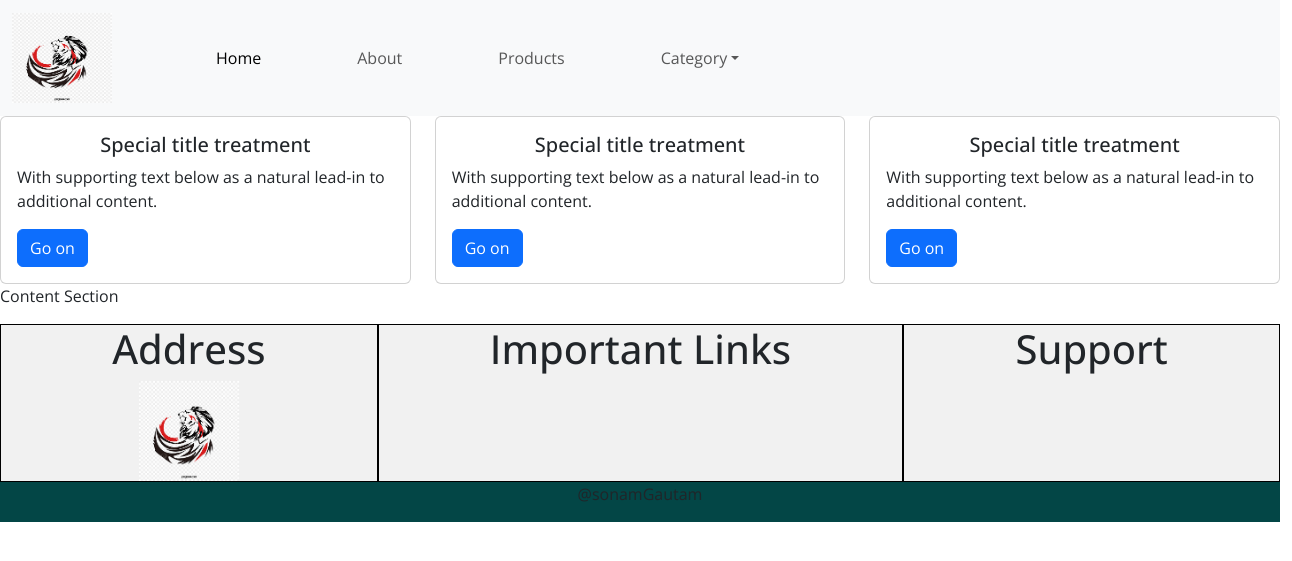
Repository: gautamsonam011/e-commerce-react-web
Page: /
These files come from the project's save history. The page is drawn as it stood at one moment and after the next save; the edit follows.
The browser window is 1280 px wide. The page is 1292 px wide, so the pictures cover 1292 px, including what lies to the right of the window. The pictures show the whole page.
The project was rebuilt for these pictures with package versions that can differ from the ones it lists, and the page was loaded fresh each time. Also part of the build but not shown: src/App.css.

Above is the page before, as saved 2025-03-11 13:10:47.

After the next save:
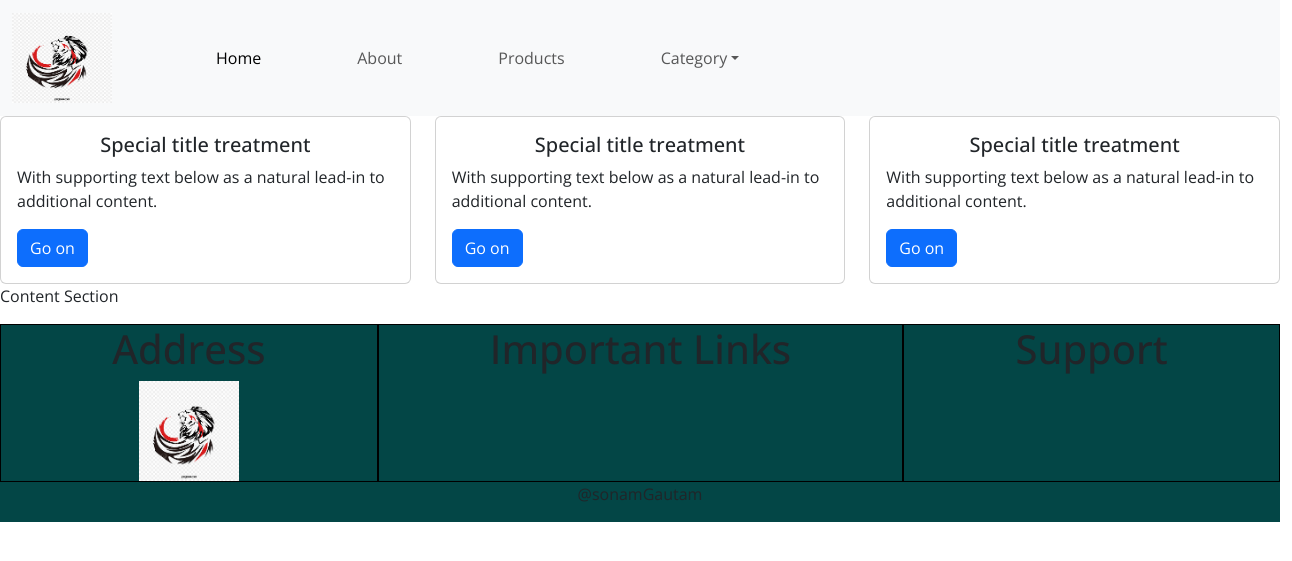
Saved 22 s later.
--- a/src/components/Navbar.css
+++ b/src/components/Navbar.css
@@ -20,7 +20,6 @@
 }
 
 .column{
-    background-color: #f1f1f1;
     border: 1px solid black;
     font-size: 30px;
     text-align: center;
